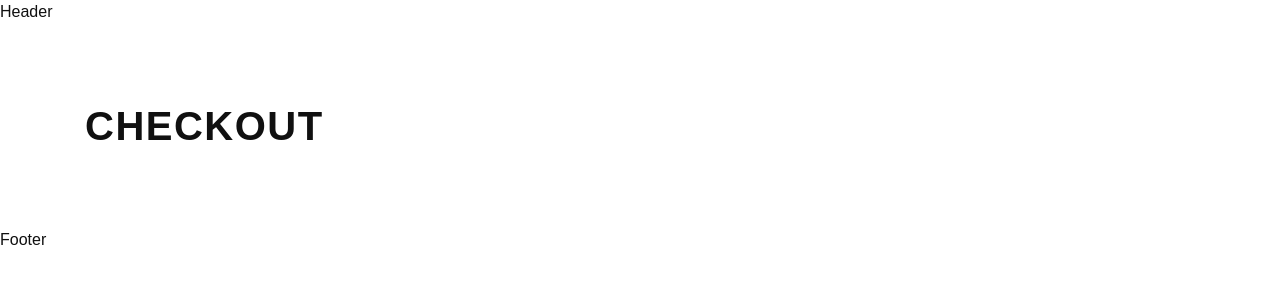
Repository: blordeus/audiophile-ecommerce
Page: /checkout
These files come from the project's save history. The page is drawn as it stood at one moment and after the next save; the edit follows.
The browser window is 1280 px wide. The pictures show the whole page.
The project was rebuilt for these pictures with package versions that can differ from the ones it lists, and the page was loaded fresh each time. Also part of the build but not shown: vite.config.js, src/pages/ProductPage.jsx, src/pages/NotFoundPage.jsx.

Above is the page before, as saved 2026-03-07 22:10:44.

After the next save:
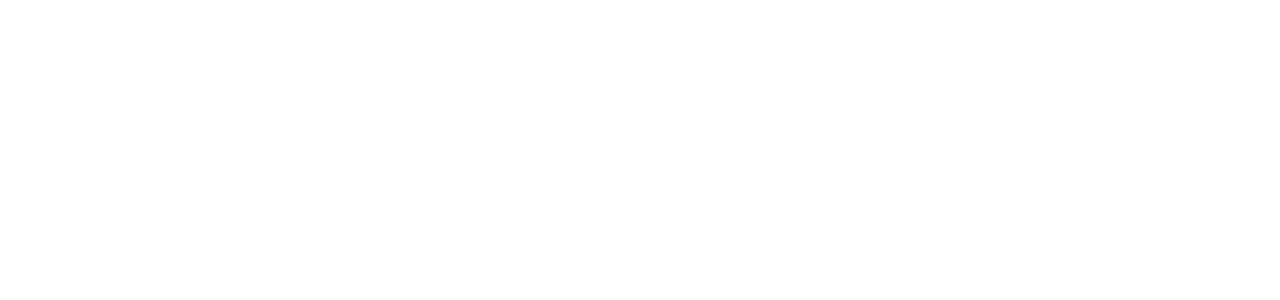
Console error: ReferenceError: CategoryPage is not defined
Saved 7 s later.
--- a/src/pages/CategoryPage.jsx
+++ b/src/pages/CategoryPage.jsx
@@ -11,4 +11,4 @@
   );
 }
 
-export default HomePage;
+export default CategoryPage;

After the 2 saves that followed:
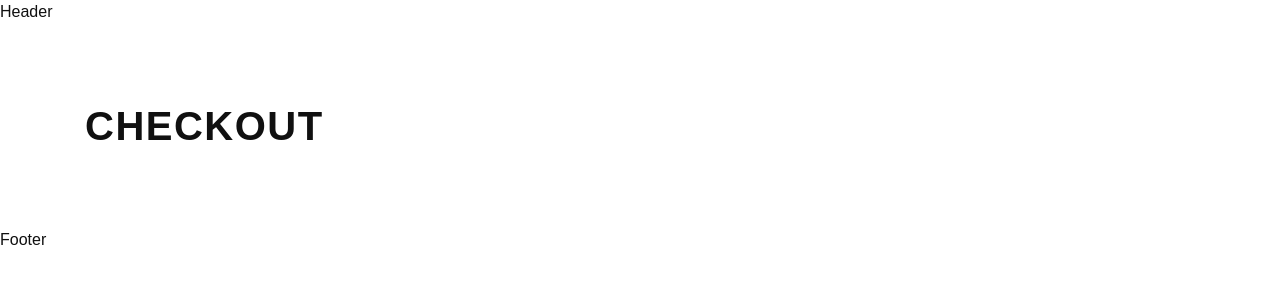
The error is gone.
The 2 saves are shown as one change because they came seconds apart.
The last was saved 9 s later.
--- a/src/pages/CategoryPage.jsx
+++ b/src/pages/CategoryPage.jsx
@@ -1,11 +1,11 @@
 import SiteLayout from "../components/layout/SiteLayout";
 import PageContainer from "../components/layout/PageContainer";
 
-function HomePage() {
+function CategoryPage() {
   return (
     <SiteLayout>
       <PageContainer className="py-20">
-        <h1 className="heading-2">Home</h1>
+        <h1 className="heading-2">Category</h1>
       </PageContainer>
     </SiteLayout>
   );
